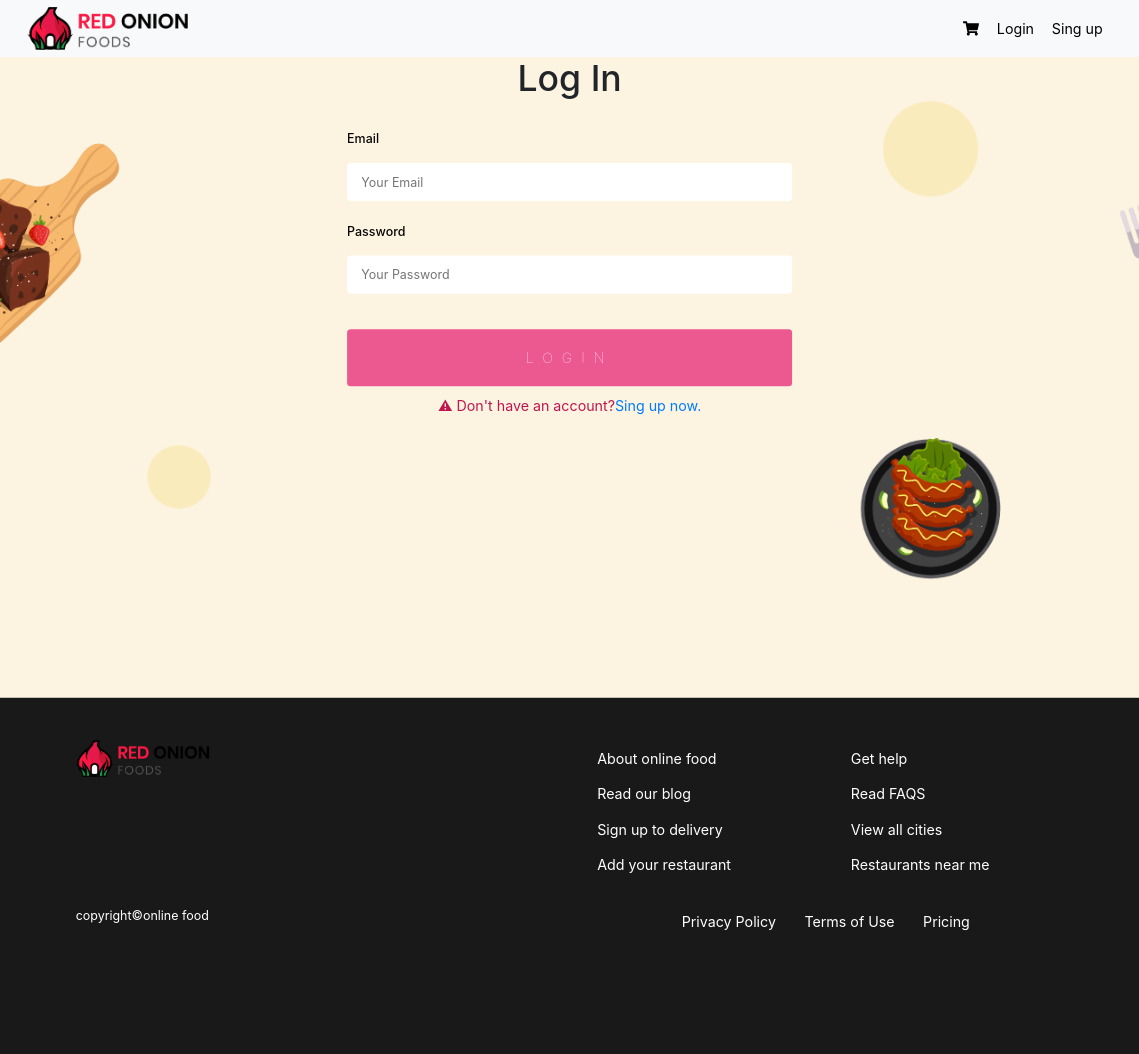
Repository: arif286/red-onion-client
Page: /login
The author's editor kept a copy of each file at every save. The page is drawn from the files as they stood at one save, then again after the next save.
The browser window is 1280 px wide. The pictures show the whole page, at 89% of full size.
The project was rebuilt for these pictures with package versions that can differ from the ones it lists, and the page was loaded fresh each time. Some packages were replaced by stand-ins written for this rebuild. Also part of the build but not shown: src/App.css, src/components/Cart/Cart.js, src/components/SearchBar/SearchBar.css, src/components/SearchBar/SearchBar.js, src/components/FoodDetails/FoodDetail.css, src/components/FoodDetails/FoodDetail.js, src/components/DeliveryFood/DeliveryFood.js, src/components/Food/Food.css and 5 more.

Above is the page before, as saved 2021-03-26 01:07:11.

### src/App.js
import "bootstrap/dist/css/bootstrap.min.css";
import React, { createContext, useState } from "react";
import { BrowserRouter as Router, Route, Switch } from "react-router-dom";
import './App.css';
import Cart from "./components/Cart/Cart";
import FoodDetail from "./components/FoodDetails/FoodDetail";
import Footer from "./components/Footer/Footer";
import Header from "./components/Header/Header";
import Home from './components/Home/Home';
import Login from "./components/LogIn/Login";
import PrivateRoute from "./components/PrivateRoute/PrivateRoute";
import SingUp from "./components/SingUp/SingUp";


export const UserContext = createContext();
function App() {
  const [loggedInUser, setLoggedInUser] = useState({});
  return (
    <UserContext.Provider value={[loggedInUser, setLoggedInUser]}>
      <Router>
        <Header />
        <Switch>
          <Route path="/home">
            <Home />
          </Route>
          <Route path="/signUp">
            <SingUp />
          </Route>
          <Route path="/login">
            <Login />
          </Route>
          <Route path="/food/details/:foodId">
            <FoodDetail />
          </Route>
          <PrivateRoute>
            <Cart/>
          </PrivateRoute>
          <Route exact path="/">
            <Home/>
          </Route>
        </Switch>
        <Footer />
      </Router>
    </UserContext.Provider>
  );

}

export default App;

### src/components/Footer/Footer.js
import React from 'react';
import { NavLink } from 'react-bootstrap';
import Logo from '../../onion-restaurent/logo2.png';
import './Footer.css';

const Footer = () => {
    return (
      <footer>
        <div className="container">
          <div className="row pt-5">
            <div className="col-md-6 col-sm-12 pb-4">
              <img className="footer-img" src={Logo} alt="" />
            </div>
            <div className="col-md-3 col-sm-12 pb-4">
              <ul className="nav flex-column">
                <li className="nav-item">
                  <NavLink
                    className="nav-link active footer-link"
                    aria-current="page"
                    to="/"
                  >
                    About online food
                  </NavLink>
                </li>
                <li className="nav-item">
                  <NavLink className="nav-link footer-link" to="/">
                    Read our blog
                  </NavLink>
                </li>
                <li className="nav-item">
                  <NavLink className="nav-link footer-link" to="/">
                    Sign up to delivery
                  </NavLink>
                </li>
                <li className="nav-item">
                  <NavLink className="nav-link footer-link" to="/">
                    Add your restaurant
                  </NavLink>
                </li>
              </ul>
            </div>
            <div className="col-md-3 col-sm-12 pb-4">
              <ul className="nav flex-column">
                <li className="nav-item">
                  <NavLink
                    className="nav-link footer-link"
                    aria-current="page"
                    to="/"
                  >
                    Get help
                  </NavLink>
                </li>
                <li className="nav-item">
                  <NavLink className="nav-link footer-link" to="/">
                    Read FAQS
                  </NavLink>
                </li>
                <li className="nav-item">
                  <NavLink className="nav-link footer-link" to="/">
                    View all cities
                  </NavLink>
                </li>
                <li className="nav-item">
                  <NavLink className="nav-link footer-link" to="/">
                    Restaurants near me
                  </NavLink>
                </li>
              </ul>
            </div>
          </div>

          <div className="row">
            <div className="col-md-7">
              <p className='copy-right'>
                <small>
                  copyright<span>&#169;</span>online food
                </small>
              </p>
            </div>
            <div className="col-md-5">
              <div className='d-flex'>
                <NavLink className="footer-link">Privacy Policy</NavLink>
                <NavLink className="footer-link">Terms of Use</NavLink>
                <NavLink className="footer-link">Pricing</NavLink>
              </div>
            </div>
          </div>
        </div>
      </footer>
    );
};

export default Footer;

### src/components/Header/Header.js
import { faShoppingCart } from "@fortawesome/free-solid-svg-icons";
import { FontAwesomeIcon } from "@fortawesome/react-fontawesome";
import React from 'react';
import { NavLink } from "react-router-dom";
import logo from '../../onion-restaurent/logo2.png';
import './Header.css';
const cart = <FontAwesomeIcon icon={faShoppingCart} />;
const Header = () => {
    const header = {
        logo : {width: '180px'}
    }
    return (
      <div>
        <nav className="navbar navbar-expand-lg navbar-light bg-light">
          <div className="container-fluid">
            <div>
              <img style={header.logo} src={logo} alt="" />
            </div>
            <button
              className="navbar-toggler"
              type="button"
              data-bs-toggle="collapse"
              data-bs-target="#navbarNav"
              aria-controls="navbarNav"
              aria-expanded="false"
              aria-label="Toggle navigation"
            >
              <span className="navbar-toggler-icon"></span>
            </button>
            <div
              className="collapse  navbar-collapse justify-content-end"
              id="navbarNav"
            >
              <ul className="navbar-nav">
                <li className="nav-item">
                  <NavLink className="header-link" to="/">
                    {cart}
                  </NavLink>
                </li>
                <li className="nav-item">
                  <NavLink className="header-link" to="/login">
                    Login
                  </NavLink>
                </li>
                <li className="nav-item">
                  <NavLink className="header-link" to="/signUp">
                    Sing up
                  </NavLink>
                </li>
              </ul>
            </div>
          </div>
        </nav>
      </div>
    );
};

export default Header;

### src/components/LogIn/Login.js
import React, { useContext } from "react";
import { useForm } from "react-hook-form";
import { Link } from "react-router-dom";
import { UserContext } from "../../App";
import image from "../../onion-restaurent/bannerbackground.png";
import { initializeLoginFramework, logInWithEmailPassword } from "./LoginManager";


const bgImage = {
  backgroundImage: `url(${image})`,
  backgroundRepeat: "no-repeat, repeat",
  height: "100vh",
  backgroundSize: "cover",
  backgroundPosition: "bottom",
};
const Login = () => {
  const [loggedInUser, setLoggedInUser] = useContext(UserContext);
  // const [newLogInUser, setNewLogInUser] = useState({
  //   isSignedIn: false,
  //   name: '',
  //   email: '',
  //   password: '',
  //   photo: '',
  //   phone: ''
  // });


  const { register, handleSubmit, errors } = useForm();
  const onSubmit = (data) => {
      initializeLoginFramework();

      console.log(data);
      logInWithEmailPassword(data.email, data.password)
        .then(res => {
          setLoggedInUser(res);
        })
        .catch(error => {
          setLoggedInUser(error);
        })
  };

  return (
    <div style={bgImage}>
      <h1 className="form-header">Log In</h1>
      <form className="form-submit" onSubmit={handleSubmit(onSubmit)}>
        <label htmlFor="email">Email</label>
        <input
          defaultValue={loggedInUser?.email}
          name="email"
          placeholder="Your Email"
          type="email"
          ref={register({
            required: true,
            pattern: /^(([^<>()[\]\\.,;:\s@"]+(\.[^<>()[\]\\.,;:\s@"]+)*)|(".+"))@((\[[0-9]{1,3}\.[0-9]{1,3}\.[0-9]{1,3}\.[0-9]{1,3}\])|(([a-zA-Z\-0-9]+\.)+[a-zA-Z]{2,}))$/,
          })}
        />
        {errors.email && <p>Your email is invalid</p>}
        <label htmlFor="password">Password</label>
        <input
          defaultValue={loggedInUser?.password}
          name="password"
          placeholder="Your Password"
          type="password"
          ref={register({
            required: true,
            pattern: /^(?=.*\d)(?=.*[a-z])(?=.*[A-Z]).{6,20}$/,
          })}
        />
        {errors.password && (
          <p>
            password between 6 to 20 characters which contain one numeric digit,
            one uppercase and one lowercase letter.
          </p>
        )}

        <input type="submit" value="Login" />
        {setLoggedInUser.success && (
          <p className="text-center">{setLoggedInUser.error}</p>
        )}
        <p className="text-center">
          Don't have an account?
          <Link to="/singUp">Sing up now.</Link>
        </p>
      </form>

    </div>
  );
};

export default Login;

### src/components/Footer/Footer.css
.footer-img {
  width: 150px;
}
footer {
  background-color: #191919;
  height: 400px;
}
.footer-link {
  color: white;
}
.footer-link:hover {
  color: #878787;
}
.copy-right {
  color: white;
}

### src/components/Header/Header.css
.header-link {
  color: black;
  display: inline-block;
  padding: 10px;
}
.header-link:hover {
  text-decoration: none;
  color: #777777;
}

### src/components/LogIn/LoginManager.js
import firebase from "firebase/app";
import "firebase/auth";
import firebaseConfig from "./firebase.config";


export const initializeLoginFramework = () => {
  if (firebase.apps.length === 0) {
    firebase.initializeApp(firebaseConfig);
  }
};

const provider = new firebase.auth.GoogleAuthProvider();

export const handleGoogleSingIn = () => {
    return firebase
      .auth()
      .signInWithPopup(provider)
      .then((result) => {

          const { displayName, email, phoneNumber, photoURL } = result.user;
          const signInUser = {
              isSignIn: true,
              name: displayName,
              email: email,
              phone: phoneNumber,
              photo: photoURL,
          };
          return signInUser;
      })
      .catch((error) => {
        // Handle Errors here.
        const signInUser = {
          isSignIn: false,
          name: '',
          email: '',
          password: '',
          phone: '',
          photo: '',
        }
        signInUser.error = error.message;
        return signInUser;
      });
}
export const logInWithEmailPassword = (email, password) => {
    return firebase
      .auth()
      .signInWithEmailAndPassword(email, password)
      .then(res => {
        const { displayName, email, password, phone, photoURL } = res.user;
        const loggedInUserInfo = {
          isSignedIn: true,
          name: displayName,
          email: email,
          password: password,
          photo: photoURL,
          phone: phone,
        };
        loggedInUserInfo.error = '';
        loggedInUserInfo.success = true;
      console.log(res.user);
        return loggedInUserInfo;
          })
      .catch((error) => {
          const loggedInUserInfo = {};
          loggedInUserInfo.error = error.message;
        loggedInUserInfo.success = false;
        console.log(error.message)
        return loggedInUserInfo;
      });
}

export const createAccountWithEmailPassword = (email, password, name) => {
  return firebase
    .auth()
    .createUserWithEmailAndPassword(email, password)
    .then((res) => {
      const { email, password, displayName } = res;
      const newUserInfo = {
        email: email,
        password: password,
        name: displayName,
      };
      newUserInfo.error = '';
      newUserInfo.success = true;
      updateUserName(name);
      return newUserInfo;
    })
    .catch((error) => {
      console.log(error);
      const newUserInfo = {};
      newUserInfo.error = error.message;
      newUserInfo.success = false;
      return newUserInfo;
    });
};

const updateUserName = (name) => {
  const user = firebase.auth().currentUser;

  user
    .updateProfile({
      displayName: name,
    })
    .then(function () {
      // Update successful.
      console.log("user name update");
    })
    .catch(function (error) {
      // An error happened.
      console.log(error);
    });
};

const fbProvider = new firebase.auth.FacebookAuthProvider();

export const handleFacebookSignIn = () => {
   return firebase
    .auth()
    .signInWithPopup(fbProvider)
    .then((result) => {
      const { displayName, email, phoneNumber, photoURL } = result.user;
      const signInUser = {
        isSignIn: true,
        name: displayName,
        email: email,
        phone: phoneNumber,
        photo: photoURL,
      };
      return signInUser;
    })
     .catch((error) => {
      console.log(error);
      const signInUser = {
        isSignIn: false,
        name: "",
        email: "",
        password: "",
        phone: "",
        photo: "",
      };
      signInUser.error = error.message;
      return signInUser;

      // ...
    });
}

### src/components/SingUp/SingUp.css
.form-submit {
  max-width: 500px;
  margin: 0 auto;
}

.form-header {
  /* font-weight: 100; */
  text-align: center;
  padding-bottom: 10px;
}

.form {
  background: #0e101c;
  max-width: 400px;
  margin: 0 auto;
}

.form-submit p {
  color: #bf1650;
}

.form-submit p::before {
  display: inline;
  content: "⚠ ";
}

.form-submit input {
  display: block;
  box-sizing: border-box;
  width: 100%;
  border-radius: 4px;
  border: 1px solid white;
  padding: 10px 15px;
  margin-bottom: 10px;
  font-size: 14px;
}

.form-submit label {
  line-height: 2;
  text-align: left;
  display: block;
  margin-bottom: 13px;
  margin-top: 20px;
  color: #080707;
  font-size: 14px;
  font-weight: 500;
}

button[type="submit"],
.form-submit input[type="submit"] {
  background: #ec5990;
  color: white;
  text-transform: uppercase;
  border: none;
  margin-top: 40px;
  padding: 20px;
  font-size: 16px;
  font-weight: 100;
  letter-spacing: 10px;
}

button[type="submit"]:hover,
.form-submit input[type="submit"]:hover {
  background: #bf1650;
}

/* button[type="submit"]:active,
.form-submit input[type="button"]:active,
.form-submit input[type="submit"]:active {
  transition: 0.3s all;
  transform: translateY(3px);
  border: 1px solid transparent;
  opacity: 0.8;
}

.form-submit input:disabled {
  opacity: 0.4;
}

.form-submit input[type="button"]:hover {
  transition: 0.3s all;
}

button[type="submit"],
.form-submit input[type="button"],
.form-submit input[type="submit"] {
  -webkit-appearance: none;
}

.App {
  max-width: 600px;
  margin: 0 auto;
}

button[type="button"] {
  display: block;
  appearance: none;
  background: #333;
  color: white;
  border: none;
  text-transform: uppercase;
  padding: 10px 20px;
  border-radius: 4px;
}

pre {
  color: white;
}

hr {
  margin-top: 30px;
}

button {
  display: block;
  appearance: none;
  margin-top: 40px;
  border: 1px solid #333;
  margin-bottom: 20px;
  text-transform: uppercase;
  padding: 10px 20px;
  border-radius: 4px;
} */

### src/components/LogIn/firebase.config.js
const firebaseConfig = {
  apiKey: "AIzaSyBWzfoc-TsST_RbsttCqWiNlDbUF6bRq4I",
  authDomain: "red-onion-food-shop.firebaseapp.com",
  projectId: "red-onion-food-shop",
  storageBucket: "red-onion-food-shop.appspot.com",
  messagingSenderId: "577645791834",
  appId: "1:577645791834:web:0a8111144bda71c388e663",
};
export default firebaseConfig;

### src/components/LogIn/WithoutLogin.js
import React, { useContext } from 'react';
import { useHistory, useLocation } from "react-router-dom";
import { UserContext } from '../../App';
import facebook from "../../onion-restaurent/ICON/Facebook.png";
import google from "../../onion-restaurent/ICON/Google.png";
import "./Login.css";
import {
    handleFacebookSignIn,
    handleGoogleSingIn,
    initializeLoginFramework
} from "./LoginManager";


const WithoutLogin = () => {
    const [loggedInUser, setLoggedInUser] = useContext(UserContext);
    const history = useHistory();
    const location = useLocation();
    const { from } = location.state || { from: { pathname: "/" } };

    initializeLoginFramework();

      const handleGoogleLogin = () => {
        handleGoogleSingIn().then((res) => {
          console.log(res);
          setLoggedInUser(res);
          history.replace(from);
        });
        console.log("click me");
    };

      const handleFacebookLogin = () => {
        handleFacebookSignIn()
          .then((res) => {
            setLoggedInUser(res);
          })
          .catch((error) => {
            setLoggedInUser(error);
          });
      };
    return (
      <div className="mt-5">
        <p className="text-center">Or sing up using</p>
        <div className="d-flex justify-content-center">
          <p className="icon">
            <img onClick={handleFacebookLogin} src={facebook} alt="" />
          </p>
          <p className="icon">
            <img onClick={handleGoogleLogin} src={google} alt="" />
          </p>
        </div>
      </div>
    );
};

export default WithoutLogin;

### src/components/LogIn/Login.css
.icon img {
  width: 50px;
}

Loaded but not shown: public/index.html (common file); src/index.js (common file); src/index.css (common file); src/reportWebVitals.js (common file)

After the next save:
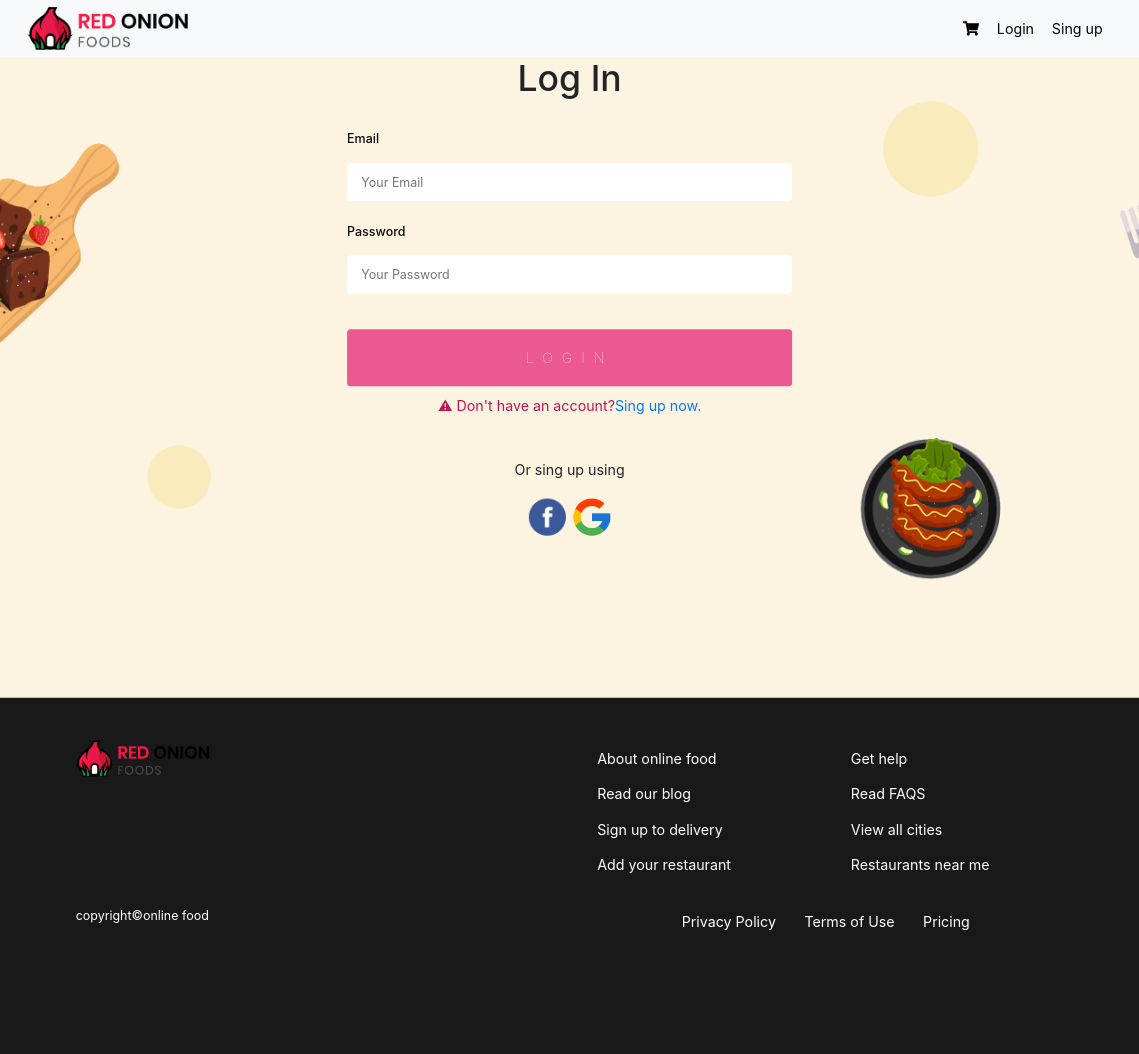
Saved 2 min 55 s later.
--- a/src/components/LogIn/Login.js
+++ b/src/components/LogIn/Login.js
@@ -4,6 +4,7 @@ import { Link } from "react-router-dom";
 import { UserContext } from "../../App";
 import image from "../../onion-restaurent/bannerbackground.png";
 import { initializeLoginFramework, logInWithEmailPassword } from "./LoginManager";
+import WithoutLogin from "./WithoutLogin";
 
 
 const bgImage = {
@@ -82,6 +83,7 @@ const Login = () => {
           <Link to="/singUp">Sing up now.</Link>
         </p>
       </form>
+      <WithoutLogin/>
 
     </div>
   );
